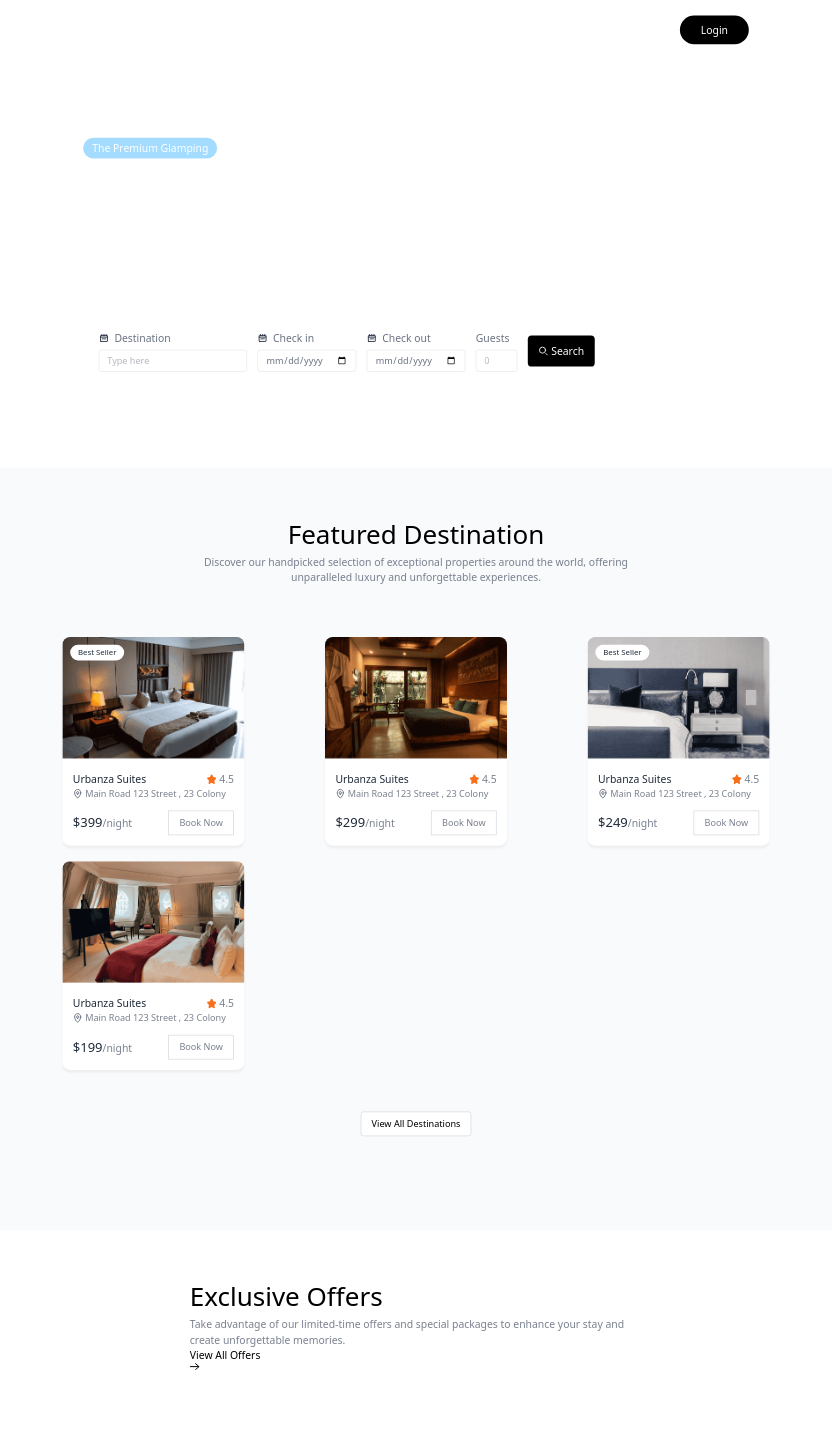
Repository: Ponn-Star/My-App
Page: / (app in FrontEnd/)
The author's editor kept a copy of each file at every save. The page is drawn from the files as they stood at one save, then again after the next save.
The browser window is 1280 px wide. The pictures show the whole page, at 65% of full size.
The project was rebuilt for these pictures with package versions that can differ from the ones it lists, and the page was loaded fresh each time. Also part of the build but not shown: FrontEnd/vite.config.js, FrontEnd/src/assets/assets.js.

Above is the page before, as saved 2025-05-08 23:03:57.

### FrontEnd/index.html
<!doctype html>
<html lang="en">
  <head>
    <meta charset="UTF-8" />
    <link rel="icon" type="image/svg+xml" href="/favicon.svg" />
    <meta name="viewport" content="width=device-width, initial-scale=1.0" />
    <title>Booking</title>
  </head>
  <body>
    <div id="root"></div>
    <script type="module" src="/src/main.jsx"></script>
  </body>
</html>

### FrontEnd/src/main.jsx
import { StrictMode } from 'react'
import { createRoot } from 'react-dom/client'
import './index.css'
import App from './App.jsx'
import { BrowserRouter } from 'react-router-dom'

createRoot(document.getElementById('root')).render(
    <BrowserRouter>
      <App />
    </BrowserRouter>
)

### FrontEnd/src/App.jsx
import React from 'react'
import Navbar from './components/Navbar'
import { Route, Routes, useLocation } from 'react-router-dom'
import Home from './pages/Home'

function App() {

  const isOwnerPath = useLocation().pathname.includes("owner");
  return (
    <div>
      {!isOwnerPath && <Navbar />}
      <div className='min-h-[70vh]'>
        <Routes>
          <Route path='/' element={<Home />} />
        </Routes>
      </div>
    </div>
  )
}

export default App

### FrontEnd/src/components/Navbar.jsx
import React from 'react';
import { Link } from 'react-router-dom';
import { assets } from '../assets/assets';

const Navbar = () => {
    const navLinks = [
        { name: 'Home', path: '/' },
        { name: 'Hotels', path: '/rooms' },
        { name: 'Experience', path: '/' },
        { name: 'About', path: '/' },
    ];

    const [isScrolled, setIsScrolled] = React.useState(false);
    const [isMenuOpen, setIsMenuOpen] = React.useState(false);

    React.useEffect(() => {
        const handleScroll = () => {
            setIsScrolled(window.scrollY > 10);
        };
        window.addEventListener("scroll", handleScroll);
        return () => window.removeEventListener("scroll", handleScroll);
    }, []);

    return (
            <nav className={`fixed top-0 left-0 w-full flex items-center justify-between px-4 md:px-16 lg:px-24 xl:px-32 transition-all duration-500 z-50 ${isScrolled ? "bg-white/80 shadow-md text-gray-700 backdrop-blur-lg py-3 md:py-4" : "py-4 md:py-6"}`}>

                {/* Logo */}
                <Link to='/'>
                    <img src={assets.logo} alt="logo" className={`h-9 ${isScrolled && "invert opacity-80"}`} />
                </Link>

                {/* Desktop Nav */}
                <div className="hidden md:flex items-center gap-4 lg:gap-8">
                    {navLinks.map((link, i) => (
                        <a key={i} href={link.path} className={`group flex flex-col gap-0.5 ${isScrolled ? "text-gray-700" : "text-white"}`}>
                            {link.name}
                            <div className={`${isScrolled ? "bg-gray-700" : "bg-white"} h-0.5 w-0 group-hover:w-full transition-all duration-300`} />
                        </a>
                    ))}
                    <button className={`border px-4 py-1 text-sm font-light rounded-full cursor-pointer ${isScrolled ? 'text-black' : 'text-white'} transition-all`}>
                        Dashboard
                    </button>
                </div>

                {/* Desktop Right */}
                <div className="hidden md:flex items-center gap-4">
                    <img src={assets.searchIcon} alt='search' className={`${isScrolled && "invert"} h-7 transition duration-500`} />
                    <button className="bg-black text-white px-8 py-2.5 rounded-full ml-4 transition-all duration-500">
                        Login
                    </button>
                </div>

                {/* Mobile Menu Button */}
                <div className="flex items-center gap-3 md:hidden">
                    <img onClick={()=> setIsMenuOpen(!isMenuOpen)} src={assets.menuIcon} alt='' className={`${isScrolled && "invert"} h-4`} />
                </div>

                {/* Mobile Menu */}
                <div className={`fixed top-0 left-0 w-full h-screen bg-white text-base flex flex-col md:hidden items-center justify-center gap-6 font-medium text-gray-800 transition-all duration-500 ${isMenuOpen ? "translate-x-0" : "-translate-x-full"}`}>
                    <button className="absolute top-4 right-4" onClick={() => setIsMenuOpen(false)}>
                        <img src={assets.closeIcon} alt='close' className="h-6.5" />
                    </button>

                    {navLinks.map((link, i) => (
                        <a key={i} href={link.path} onClick={() => setIsMenuOpen(false)}>
                            {link.name}
                        </a>
                    ))}

                    <button className="border px-4 py-1 text-sm font-light rounded-full cursor-pointer transition-all">
                        Dashboard
                    </button>

                    <button className="bg-black text-white px-8 py-2.5 rounded-full transition-all duration-500">
                        Login
                    </button>
                </div>
            </nav>
    );
}

export default Navbar

### FrontEnd/src/pages/Home.jsx
import React from 'react'
import Hero from '../components/Hero'
import FeaturedDestination from '../components/FeaturedDestination'
import ExclusiveOffers from '../components/ExclusiveOffers'

const Home = () => {
  return (
    <>
      <Hero />
      <FeaturedDestination />
      <ExclusiveOffers />
    </>
  )
}

export default Home

### FrontEnd/src/components/Hero.jsx
import React from 'react'
import { cities } from '../assets/assets'

const Hero = () => {
  return (
    <div className='flex flex-col items-start justify-center px-6 md:px-16 lg:px-24 xl:px-32 text-white bg-[url("/src/assets/heroImage.png")] bg-no-repeat bg-cover bg-center h-screen'>
      <p className="bg-[#49B9FF]/50 px-3.5 py-1 rounded-full mt-20">The Premium Glamping</p>
      <h1 className="font-playfair text-2x1 md:text-5x1 md:text-[50px] md:leading-[56px] font-bold md:font-extrabold max-w-xl mt-4">CỰC CHILL CẮM TRẠI BBQ TRƯỚC LỀU!</h1>
      <p className="max-w-170 mt-2 text-sm md:text-base">Giữa rừng thông lặng lẽ, 𝐅𝐨𝐫𝐞𝐬𝐭 𝐒𝐜𝐞𝐧𝐭 𝐆𝐥𝐚𝐦𝐩𝐢𝐧𝐠 & 𝐂𝐚𝐦𝐩𝐢𝐧𝐠 không ồn ào, không vội vã, không deadline. Chỉ cần xách balo lên và để 𝐅𝐨𝐫𝐞𝐬𝐭 𝐒𝐜𝐞𝐧𝐭 lo. Mọi thứ đã sẵn sàng để bạn “nghỉ ngơi” đúng nghĩa</p>

      <form className='bg-white text-gray-500 rounded-lg px-6 py-4 flex flex-col md:flex-row max-md:items-start gap-4 max-md:mx-auto mt-10'>

            <div>
                <div className='flex items-center gap-2'>
                    <svg className="w-4 h-4 text-gray-800" aria-hidden="true" xmlns="http://www.w3.org/2000/svg" width="24" height="24" fill="none" viewBox="0 0 24 24" >
                        <path stroke="currentColor" strokeLinecap="round" strokeLinejoin="round" strokeWidth="2" d="M4 10h16M8 14h8m-4-7V4M7 7V4m10 3V4M5 20h14a1 1 0 0 0 1-1V7a1 1 0 0 0-1-1H5a1 1 0 0 0-1 1v12a1 1 0 0 0 1 1Z" />
                    </svg>
                    <label htmlFor="destinationInput">Destination</label>
                </div>
                <input list='destinations' id="destinationInput" type="text" className=" rounded border border-gray-200 px-3 py-1.5 mt-1.5 text-sm outline-none" placeholder="Type here" required />
                <datalist id='destinations'>
                  {cities.map((city, index) => (
                    <option value={index} key={city}/>
                  ))}
                  /</datalist>
            </div>

            <div>
                <div className='flex items-center gap-2'>
                    <svg className="w-4 h-4 text-gray-800" aria-hidden="true" xmlns="http://www.w3.org/2000/svg" width="24" height="24" fill="none" viewBox="0 0 24 24" >
                        <path stroke="currentColor" strokeLinecap="round" strokeLinejoin="round" strokeWidth="2" d="M4 10h16M8 14h8m-4-7V4M7 7V4m10 3V4M5 20h14a1 1 0 0 0 1-1V7a1 1 0 0 0-1-1H5a1 1 0 0 0-1 1v12a1 1 0 0 0 1 1Z" />
                    </svg>
                    <label htmlFor="checkIn">Check in</label>
                </div>
                <input id="checkIn" type="date" className=" rounded border border-gray-200 px-3 py-1.5 mt-1.5 text-sm outline-none" />
            </div>

            <div>
                <div className='flex items-center gap-2'>
                    <svg className="w-4 h-4 text-gray-800" aria-hidden="true" xmlns="http://www.w3.org/2000/svg" width="24" height="24" fill="none" viewBox="0 0 24 24" >
                        <path stroke="currentColor" strokeLinecap="round" strokeLinejoin="round" strokeWidth="2" d="M4 10h16M8 14h8m-4-7V4M7 7V4m10 3V4M5 20h14a1 1 0 0 0 1-1V7a1 1 0 0 0-1-1H5a1 1 0 0 0-1 1v12a1 1 0 0 0 1 1Z" />
                    </svg>
                    <label htmlFor="checkOut">Check out</label>
                </div>
                <input id="checkOut" type="date" className=" rounded border border-gray-200 px-3 py-1.5 mt-1.5 text-sm outline-none" />
            </div>

            <div className='flex md:flex-col max-md:gap-2 max-md:items-center'>
                <label htmlFor="guests">Guests</label>
                <input min={1} max={4} id="guests" type="number" className=" rounded border border-gray-200 px-3 py-1.5 mt-1.5 text-sm outline-none  max-w-16" placeholder="0" />
            </div>

            <button className='flex items-center justify-center gap-1 rounded-md bg-black py-3 px-4 text-white my-auto cursor-pointer max-md:w-full max-md:py-1' >
                <svg className="w-4 h-4 text-white" aria-hidden="true" xmlns="http://www.w3.org/2000/svg" width="24" height="24" fill="none" viewBox="0 0 24 24" >
                    <path stroke="currentColor" strokeLinecap="round" strokeWidth="2" d="m21 21-3.5-3.5M17 10a7 7 0 1 1-14 0 7 7 0 0 1 14 0Z" />
                </svg>
                <span>Search</span>
            </button>
        </form>
    </div>
  )
}

export default Hero

### FrontEnd/src/components/FeaturedDestination.jsx
import React from 'react'
import HotelCard from './HotelCard'
import { roomsDummyData } from '../assets/assets'
import Title from './Title'
import { useNavigate } from 'react-router-dom'

const FeaturedDestination = () => {

  const navigate = useNavigate()

  return (
    <div className='flex flex-col items-center px-6 md:px-16 lg:px-24 bg-slate-50 py-20'>

        <Title title='Featured Destination' subTitle='Discover our handpicked selection of exceptional properties around the world, offering unparalleled luxury and unforgettable experiences.' />

        <div className='flex flex-wrap items-center justify-between gap-6 mt-20'>
        {roomsDummyData.slice(0, 4).map((room, index) => (
            <HotelCard key={room._id} room={room} index={index} />
        ))}
        </div>

        <button onClick={() => { navigate('/rooms'); scrollTo(0, 0); }}
        className="my-16 px-4 py-2 text-sm font-medium border border-gray-300 rounded bg-white hover:bg-gray-50 transition-all cursor-pointer">
          View All Destinations
        </button>
    </div>
  )
}

export default FeaturedDestination

### FrontEnd/src/components/ExclusiveOffers.jsx
import React from 'react'
import Title from './Title'
import { assets } from '../assets/assets'

const ExclusiveOffers = () => {
  return (
    <div className='flex flex-col items-center px-6 md:px-16 lg:px-24 xl:px-32 pt-20 pb-30'>
      <div>
        <Title align='left' title='Exclusive Offers' subTitle='Take advantage of our limited-time offers and special packages to enhance your stay and create unforgettable memories.'/>
        <button>
            View All Offers
            <img src={assets.arrowIcon} alt="arrow-icon"
            className='group-hover:translate-x-1 transition-all'/>
        </button>
      </div>
    </div>
  )
}

export default ExclusiveOffers

### FrontEnd/src/components/HotelCard.jsx
import React from 'react'
import { Link } from 'react-router-dom'
import { assets } from '../assets/assets'

const HotelCard = ({room, index}) => {
  return (
      <Link to={'/room/' + room._id} onClick={()=> scrollTo(0,0)} key={room._id} className='relative max-w-70 w-full rounded-xl overflow-hidden bg-white text-gray-500/90 shadow-[0px_4px_4px_rgba(0,0,0,0.05)]'>
          <img src={room.images[0]} alt=""/>

          {index % 2 === 0 && <p className='px-3 py-1 absolute top-3 left-3 text-xs bg-white text-gray-800 font-medium rounded-full'>Best Seller </p>}

          <div className='p-4 pt-5'>
            <div className='flex items-center justify-between'>
                <p className='font-playfair text-x1 font-medium text-gray-800'>{room.hotel.name}</p>
                <div className='flex items-center gap-1'>
                    <img src={assets.starIconFilled} alt="star-icon" /> 4.5
                </div>
            </div>
                <div className='flex items-center gap-1 text-sm'>
                    <img src={assets.locationIcon} alt="location-icon" />
                    <span>{room.hotel.address}</span>
                </div>
                <div className='flex items-center justify-between mt-4'>
                    <p><span className='text-xl text-gray-800'>${room.pricePerNight}</span>/night</p>
                    <button className='px-4 py-2 text-sm font-medium border border-gray-300 rounded:bg-gray-50 transition-all cursor-pointer'>Book Now</button>
                </div>
          </div>
      </Link>
  )
}

export default HotelCard

### FrontEnd/src/components/Title.jsx
import React from 'react'

const Title = ({title, subTitle, align, font}) => {
    return (
        <div className={`flex flex-col justify-center items-center text-center ${align === "left" && "md:items-start md:text-left"}`}>
          <h1 className={`text-4xl md:text-[40px] ${font || "font-playfair"}`}>{title}</h1>
          <p className="text-sm md:text-base text-gray-500/90 mt-2 max-w-174">{subTitle}</p>
        </div>
  )
}

export default Title

Loaded but not shown: FrontEnd/src/index.css (common file)

After the next save:
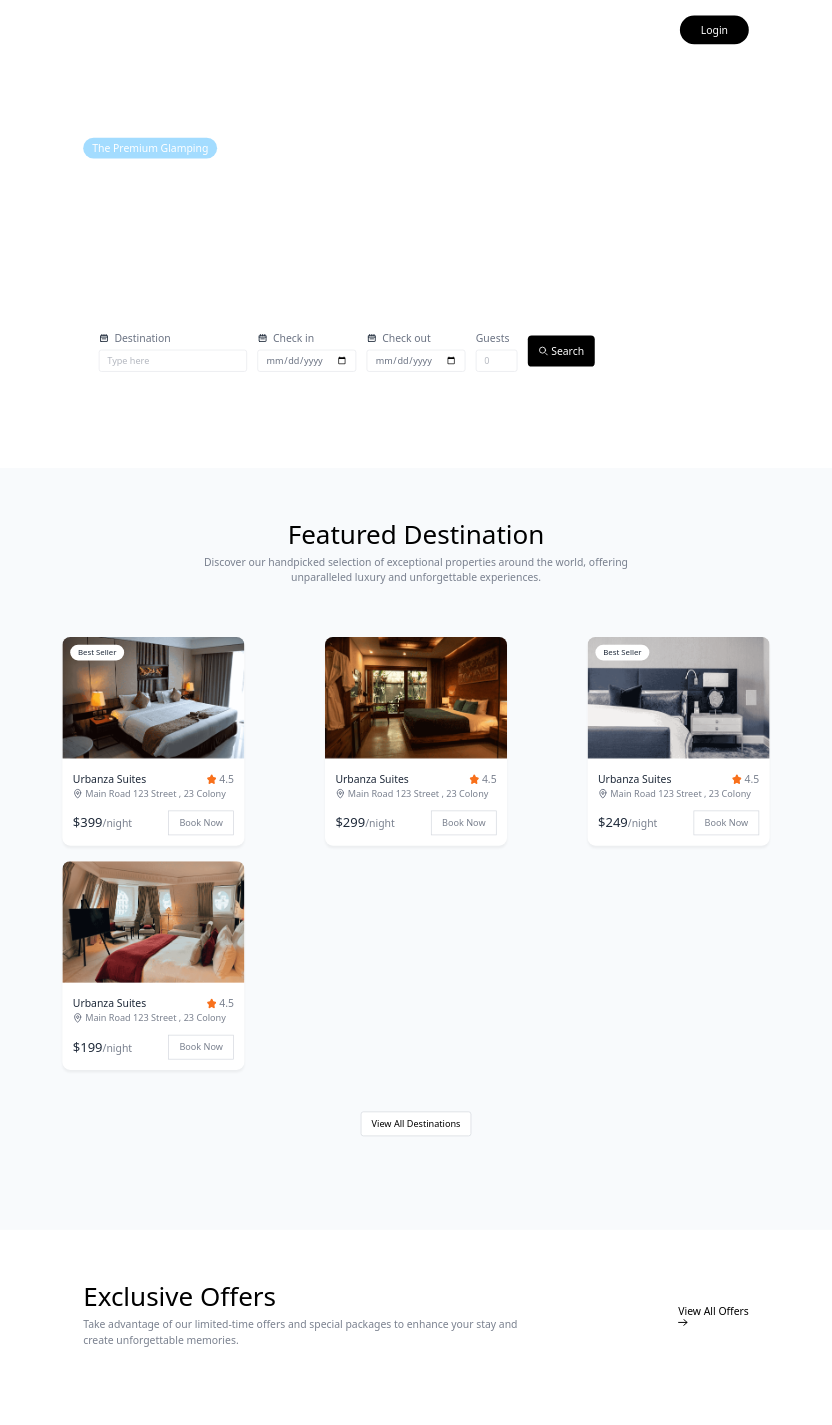
Saved 8 s later.
--- a/FrontEnd/src/components/ExclusiveOffers.jsx
+++ b/FrontEnd/src/components/ExclusiveOffers.jsx
@@ -5,7 +5,7 @@ import { assets } from '../assets/assets'
 const ExclusiveOffers = () => {
   return (
     <div className='flex flex-col items-center px-6 md:px-16 lg:px-24 xl:px-32 pt-20 pb-30'>
-      <div>
+      <div className='flex flex-col md:flex-row items-center justify-between w-full'>
         <Title align='left' title='Exclusive Offers' subTitle='Take advantage of our limited-time offers and special packages to enhance your stay and create unforgettable memories.'/>
         <button>
             View All Offers
